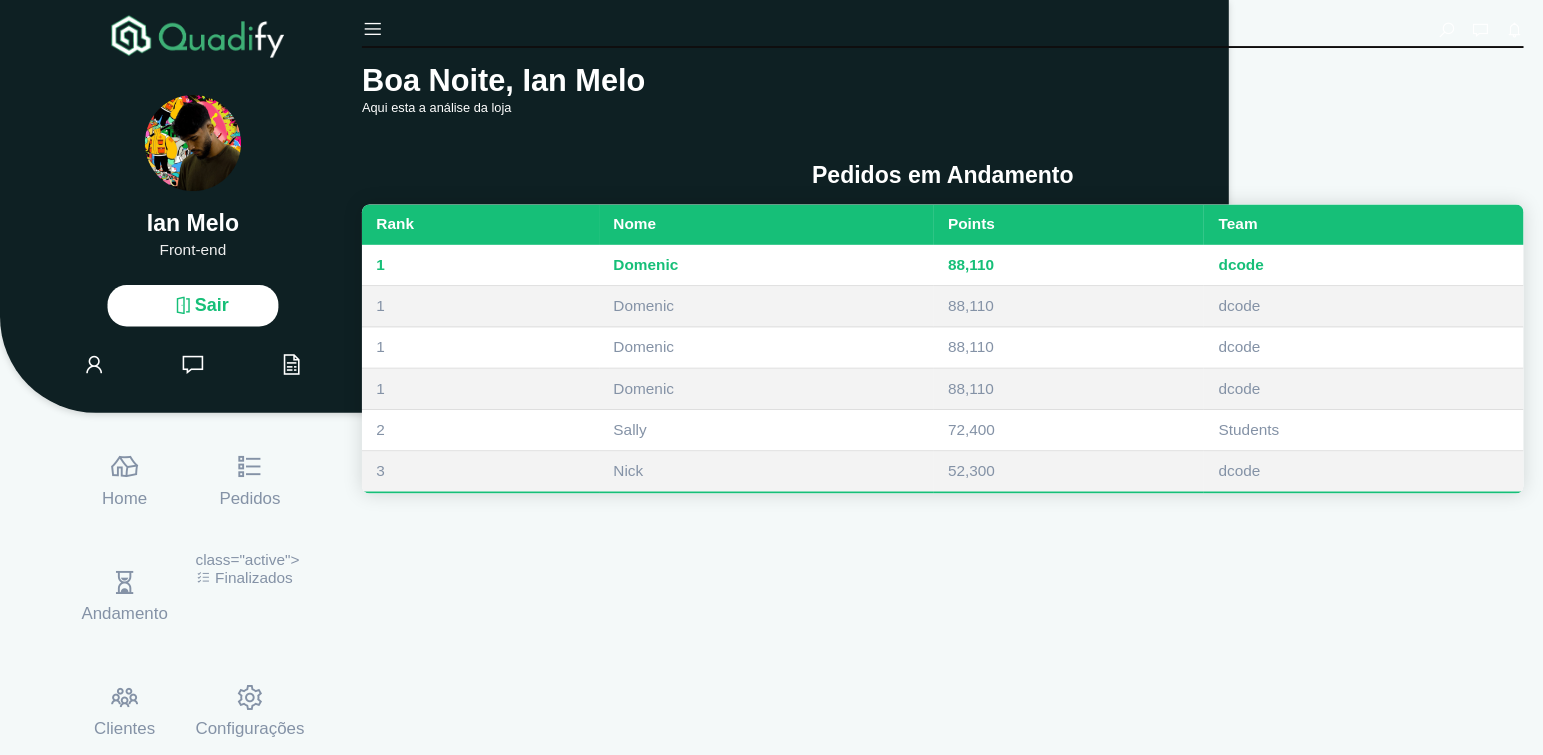
Repository: ichumbo/StarkDashboard
Page: pedidos_finalizados.html
The author's editor kept a copy of each file at every save. The page is drawn from the files as they stood at one save, then again after the next save.
The browser window is 1280 px wide. The page is 1607 px wide, so the pictures cover 1607 px, including what lies to the right of the window. The pictures show the whole page, at 96% of full size.

Above is the page before, as saved 2023-06-14 16:27:54.

### pedidos_finalizados.html
<!DOCTYPE html>
<html lang="pt-br">
<head>

    <meta charset="UTF-8">
    <meta http-equiv="X-UA-Compatible" content="IE=edge">
    <meta name="viewport" content="width=device-width, initial-scale=1.0">
    <title>Quadify</title>
    <!--CSS-->
    <link rel="stylesheet" href="css/style.css">
    <!--Icons-->
    <link rel="stylesheet" href="https://maxst.icons8.com/vue-static/landings/line-awesome/font-awesome-line-awesome/css/all.min.css">
    <link rel="stylesheet" href="https://maxst.icons8.com/vue-static/landings/line-awesome/line-awesome/1.3.0/css/line-awesome.min.css">

</head>
<body>
<!-------------------------------------------------Perfil------------------------------------------------------>
    <div class="page-wrapper">
        <input type="checkbox" name="" id="menu-toggle">

        <div class="sidebar">
            <div class="brand">
                <img src="./img/icontrue.png" alt="Quadify" class="icon-header">
            </div>

            <div class="profile-card">
                <div class="profile-img">
                    <img src="./img/iconphoto.png" alt="Perfil" class="photo-header">
                </div>
                <div class="profile-info">
                    <h2>Ian Melo</h2>
                    <small>Front-end</small>
                </div>
                <div class="profile-action">
                    <a href="login.html" class="btn btn-white">
                        <span class="las la-door-open"></span>
                        <h3>Sair</h3>
                    </a>
                </div>
                <div class="profile-icons">
                    <span class="las la-user"></span>
                    <span class="las la-comment-alt"></span>
                    <span class="las la-file-invoice"></span>
                </div>
            </div>

<!-----------------------------------------------------Menu---------------------------------------------------->

            <div class="sidebar-menu">
                <div class="menu-item">
                    <a href="index.html">
                        <span class="las la-campground"></span>
                        <span>Home</span>
                    </a>
                </div>

                <div class="menu-item">
                    <a href="pedidos.html">
                        <span class="las la-list"></span>
                        <span>Pedidos</span>
                    </a>
                </div>

                <div class="menu-item">
                    <a href="pedidos_andamento.html">
                        <span class="las la-hourglass-half"></span>
                        <span>Andamento</span>
                    </a>
                </div>

                <div class="menu-item">
                    class="active">
                        <span class="las la-list-alt"></span>
                        <span>Finalizados</span>
                    </a>
                </div>

                <div class="menu-item">
                    <a href="">
                        <span class="las la-users"></span>
                        <span>Clientes</span>
                    </a>
                </div>

                <div class="menu-item">
                    <a href="">
                        <span class="las la-cog"></span>
                        <span>Configurações</span>
                    </a>
                </div>

            </div>
        </div>

<!-------------------------------------------------Header------------------------------------------------------>
        <div class="main-content">
            <header>
                <label for="menu-toggle">
                    <span class="las la-bars"></span>
                </label>

                <div class="head-icons">
                    <span class="las la-search"></span>
                    <span class="las la-comment-alt"></span>
                    <span class="las la-bell"></span>
                </div>
            </header>

<!--------------------------------------------------Main--------------------------------------------------------->
            <main>
                <div class="page-header">
                    <h1>Boa Noite, Ian Melo</h1>
                    <small>Aqui esta a análise da loja</small>
                </div>

                <div class="analytics-register">
                    <table class="content-table">
                        <thead>
                            <h2 class="title-table">Pedidos em Andamento</h2>
                            <tr>
                            <th>Rank</th>
                            <th>Nome</th>
                            <th>Points</th>
                            <th>Team</th>
                            </tr>
                        </thead>
                        <tbody>
                            <tr class="active-row">
                            <td>1</td>
                            <td>Domenic</td>
                            <td>88,110</td>
                            <td>dcode</td>
                            </tr>
                            <tr>
                            <td>1</td>
                            <td>Domenic</td>
                            <td>88,110</td>
                            <td>dcode</td>
                            </tr>
                            <tr>
                            <td>1</td>
                            <td>Domenic</td>
                            <td>88,110</td>
                            <td>dcode</td>
                            </tr>
                            <tr>
                            <td>1</td>
                            <td>Domenic</td>
                            <td>88,110</td>
                            <td>dcode</td>
                            </tr>
                            <tr>
                            <td>2</td>
                            <td>Sally</td>
                            <td>72,400</td>
                            <td>Students</td>
                            </tr>
                            <tr>
                            <td>3</td>
                            <td>Nick</td>
                            <td>52,300</td>
                            <td>dcode</td>
                            </tr>
                        </tbody>
                        </table>
                </div>

            </main>
        </div>
    </div>

<!----------------------------------------Script------------------------------------------->

</body>
</html>

### css/style.css
@import url(./global.css);
@import url(./color.css);
@import url(./sidebar.css);
@import url(./header.css);
@import url(./main.css);
@import url(./login.css);
@import url(./registro.css);

/*------------------------------------------------------------------------------------------------------------------------------------------*/

#menu-toggle {
    display: none;
}

### css/global.css
@import url('https://fonts.googleapis.com');

* {
    font-family: 'Nunito', sans-serif;
    text-decoration: none;
    list-style-type: none;
    padding: 0;
    margin: 0;
    box-sizing: border-box;
}

body {
    color: var(--main-text);
    background: var(--bg-body);
}

.icon-header {
    width: 200px;
    margin-left: -30px;
    margin-top: 10px;
}

.photo-header {
    width: 100px;

}

.btn {
    border: none;
    outline: none;
    border-radius: 20px;
    padding: .6rem 2rem;
    display: flex;
    align-items: center;
}

.btn-white {
    background: var(--color-white);
}

.btn span {
    font-size: 1.5rem;
    display: inline-block;
    margin-left: .6rem;
}

.page-wrapper {
    width: 93%;
    margin: auto;
    display: flex;
}

.page-wrapper::before {
    content: "";
    width: 100%;
    height: 430px;
    position: absolute;
    left: 0;
    top: 0;
    background: var(--bg-body-dark);
    z-index: -1;
    border-radius: 0px 0px 0px 100px;
    box-shadow: var(--shadow);
}

### css/color.css
:root {
    --color-main: #16BF78;
    --color-secondary: #0A5938;
    --color-3: #16BF78;
    --color-4: #0F0E0E;
    --color-dark: #100F0F;
    --color-dark-secundary: #181823;
    --bg-body-dark: #0E2023;
    --bg-body: #F4F9F9;
    --color-white: #FFFFFF;
    --main-accent: #DC8449;
    --main-text: #8492A6;
    --success: #28A745;
    --danger: #DC3545;
    --shadow: rgba(0, 0, 0, 0.15) 0px 2px 8px;
    --shadow2: 6px 5px 5px rgba(125, 141, 161, 0.3);
}

### css/sidebar.css
.sidebar {
    width: 250px;
    margin-left: 40px;
}

.brand {
    height: 70px;
    display: flex;
    align-items: center;
    padding-left: 3rem;
}

.brand h3 {
    font-size: 1.8rem;
    color: var(--color-white);
}

/*-----------------------------------------------PROFILE----------------------------------------------*/

.profile-card {
    text-align: center;
    margin: 1rem 0rem;
}

.profile-img {
    height: 120px;
    width: 120px;
    border-radius: 50%;
    margin: auto;
    background-size: cover;
    background-repeat: no-repeat;
    margin-top: 1.8rem;
}

.profile-info {
    color: var(--color-white);
}

.profile-info h2 {
    margin-bottom: .3rem;
}

.profile-info small {
    font-size: 1rem;
    color: #EFEFEF;
}

.profile-action {
    margin: 1.7rem;
}

.profile-action span {
    color: var(--color-main);
    margin-left: 35px;
    font-weight: 600;
}

.profile-action a {
    color: var(--color-main);
    font-size: 1rem;
}

.profile-icons {
    display: flex;
    justify-content: space-between;
    align-items: center;
    margin-bottom: 3.8rem;
}

.profile-icons span {
    display: inline-block;
    color: var(--color-white);
    font-size: 1.65rem;
}

/*-----------------------------------------------MENU----------------------------------------------*/

.sidebar-menu {
    display: grid;
    grid-template-columns: repeat(2, 1fr);
    grid-gap: 1.8rem;
}

.menu-item a {
    display: block;
    width: 100%;
    padding: 1rem 0rem;
    border-radius: 10px;
    color: var(--color-white);
    transition: all 300ms ease;
}

.menu-item a span {
    display: block;
    text-align: center;
    color: var(--main-text);
    font-size: 1.1rem;
}

.menu-item a span:first-child {
    font-size: 2rem;
    margin-bottom: .4rem;
}

.menu-item a.active {
    background: var(--color-main);
}

.menu-item a.active span {
    color: var(--color-white);
}

/*-----------------------------------------------Cards----------------------------------------------*/

.sidebar-card {
    padding: 1rem;
    border-radius: 10px;
    background: var(--color-main);
    margin: 2rem 0rem;
    color: var(--color-white);
}

.sidebar-card h3 {
    margin-bottom: 1rem;
    font-size: 1.4rem;
}

.sidebar-card p {
    line-height: 1.9rem;
    margin-bottom: 1rem;
    font-size: .9rem;
    text-align: justify;
}

.sidebar-card a {
    text-align: center;
    font-weight: 600;
    color: var(--main-text);
    display: block;
    font-size: 1.1rem;
}

### css/header.css
.main-content {
    padding: 0 20px 0px 60px;
    flex: 1;
}

header {
    display: flex;
    justify-content: space-between;
    align-items: center;
    height: 50px;
    border-bottom: 2px solid var(--color-4);
    padding-top: 1rem;
    color: var(--color-white)
}

header label {
    display: inline-block;
    font-size: 1.4rem;
}

.head-icons {
    display: flex;
    align-items: center;
}

.head-icons span {
    margin-left: 1rem;
    display: inline-block;
    font-size: 1.2rem;
}

### css/main.css
.page-header {
    color: var(--color-white);
    margin: 1rem 0rem;
}

.analytics {
    display: grid;
    grid-template-columns: 65% auto;
    grid-gap: 2rem;
    margin-top: 3rem;
}

.card {
    background: var(--color-white);
    border-radius: 10px;
    box-shadow: var(--shadow);
}

.card-head {
    font-size: 1rem;
    color: var(--color-main);
    font-weight: 600;
    padding: 1rem 2rem;
    border-bottom: 1px solid var(--color-main);
}

.card-body {
    padding: 1.5rem 2rem;
}

.sales-card .card-body {
    padding: .3rem;
}

.card-footer {
    padding: 1rem;
}

.chart-wrapper {
    padding-top: 1rem 0rem;
}

### css/login.css
#login-bg {
    background-color: #1B1F27;
    overflow: hidden;
}


/*--------------------------IMGS------------------------------*/
.wave {
    position: fixed;
    height: 100%;
    left: 0;
    bottom: 0;
    z-index: -1;
}

.stats {
    position: fixed;
    height: 100%;
    left: 145px;
    bottom: 0;
    width: 350px;
}

.icon {
    position: fixed;
    height: 395px;
    left: 150px;
    bottom: 325px;
    width: auto;
}


/*--------------------------FORM-------------------------------*/
.area-login {
    display: flex;
    height: 100vh;
    justify-content: center;
    align-items: center;
}

.login img {
    width: 70px;
    height: auto;
}

.login {
    display: flex;
    flex-direction: column;
    align-items: center;
    background-color: #181920;
    width: 355px;
    height: 355px;
    padding: 25px 35px;
    border-radius: 8px;
    box-shadow: var(--shadow);
    border: 1px solid #16BF78;
    margin-left: 600px;
}

.login form {
    display: flex;
    flex-direction: column;
    width: 100%;
}


/*--------------------------INPUTS-------------------------------*/
.login .input-form {
    margin-top: 10px;
    background-color: #252A34;
    color: #16BF78;
    border: none;
    height: 45px;
    outline: none;
    border-radius: 8px;
    padding-left: 10px;
}

.login .input-form:hover {
    border: 1px solid #16BF78;
}

.login .submit {
    margin-top: 10px;
    background-color: #16BF78;
    color: #1B1F27;
    height: 45px;
    outline: none;
    border-radius: 8px;
    padding-left: 10px;
    border: none;
    font-size: 15px;
    font-weight: 600;
    cursor: pointer;
    transition: all 300ms ease;
}

.login .submit:hover {
    background-color: var(--color-secondary);
    transition: all 300ms ease;
    color: #16BF78;
}

input::placeholder {
    color: #CBD0F7;
    font-size: 14px;
}


/*--------------------------SUB-TEXT-------------------------------*/
.sub-text {
    font-size: 12px;
    margin-top: 25px;
    color: #CBD0F7;
}

.sub-text a {
    color: #16BF78;
}

### css/registro.css
#register-bg {
    background-color: #1B1F27;
    overflow: hidden;
}

/*--------------------------IMGS------------------------------*/
.wave {
    position: fixed;
    height: 100%;
    left: 0;
    bottom: 0;
    z-index: -1;
}

.register-img {
    position: fixed;
    left: 195px;
    bottom: 150px;
    width: 245px;
}

.icon {
    position: fixed;
    height: 395px;
    left: 150px;
    bottom: 325px;
    width: auto;
}


/*--------------------------FORM-------------------------------*/
.area-register {
    display: flex;
    height: 100vh;
    justify-content: center;
    align-items: center;
}

.register img {
    width: 70px;
    height: auto;
}

.register {
    display: flex;
    flex-direction: column;
    align-items: center;
    background-color: #181920;
    width: 355px;
    height: 475px;
    padding: 25px 35px;
    border-radius: 8px;
    box-shadow: var(--shadow);
    border: 1px solid #16BF78;
    margin-left: 600px;
}

.register form {
    display: flex;
    flex-direction: column;
    width: 100%;
}


/*--------------------------INPUTS-------------------------------*/
.register .input-form {
    margin-top: 10px;
    background-color: #252A34;
    color: #16BF78;
    border: none;
    height: 45px;
    outline: none;
    border-radius: 8px;
    padding-left: 10px;
}

.register .input-form:hover {
    border: 1px solid #16BF78;
}

.register .submit {
    margin-top: 10px;
    background-color: #16BF78;
    color: #1B1F27;
    height: 45px;
    outline: none;
    border-radius: 8px;
    padding-left: 10px;
    border: none;
    font-size: 15px;
    font-weight: 600;
    cursor: pointer;
    transition: all 300ms ease;
}

.register .submit:hover {
    background-color: var(--color-secondary);
    transition: all 300ms ease;
    color: #16BF78;
}

input::placeholder {
    color: #CBD0F7;
    font-size: 14px;
}


/*---------------------------SUB-TEXT--------------------------------*/
.sub-text {
    font-size: 12px;
    margin-top: 25px;
    color: #CBD0F7;
}

.sub-text a {
    color: #16BF78;
}


/*----------------------------TABLE---------------------------------*/
.title-table {
    margin-top: 3rem;
    color: var(--color-white);
    text-align: center;
    margin-bottom: 1rem;
}
.content-table {
    overflow: hidden;
    background-color: var(--color-white);
    border-collapse: collapse;
    width: 1210px;
    font-size: 1rem;
    border-radius: 8px;
    box-shadow: 0 0 20px rgba(0, 0, 0, 0.15);
}

.content-table thead tr {
    background-color: var(--color-main);
    color: #ffffff;
    text-align: left;
    font-weight: bold;
}

.content-table th,
.content-table td {
    padding: 12px 15px;
}

.content-table tbody tr {
    border-bottom: 1px solid #dddddd;
}

.content-table tbody tr:nth-of-type(even) {
    background-color: #f3f3f3;
}

.content-table tbody tr:last-of-type {
    border-bottom: 2px solid var(--color-main);
}

.content-table tbody tr.active-row {
    font-weight: bold;
    color: var(--color-main);
}

After the next save:
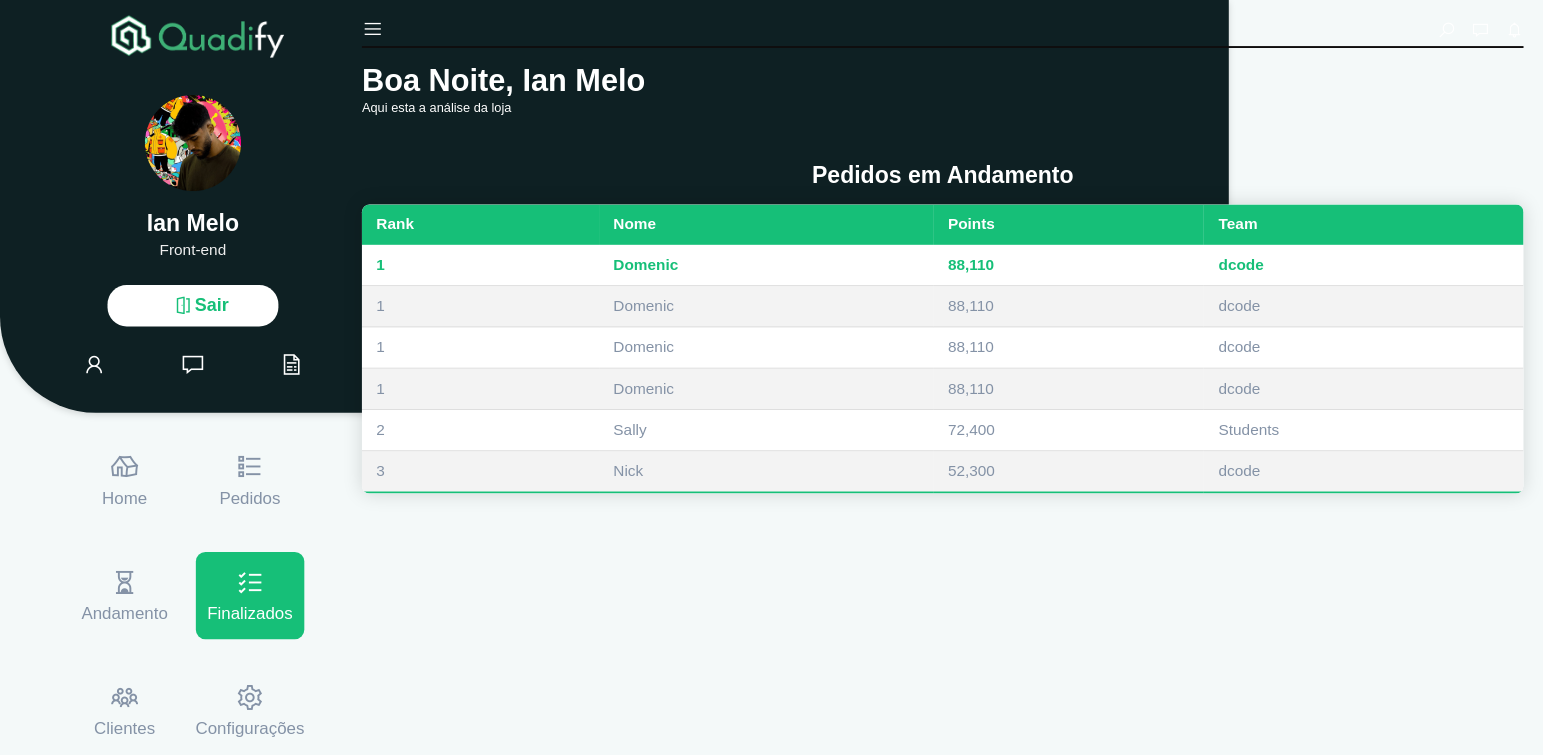
Saved 6 s later.
--- a/pedidos_finalizados.html
+++ b/pedidos_finalizados.html
@@ -69,7 +69,7 @@
                 </div>
 
                 <div class="menu-item">
-                    class="active">
+                    <a href="" class="active">
                         <span class="las la-list-alt"></span>
                         <span>Finalizados</span>
                     </a>
